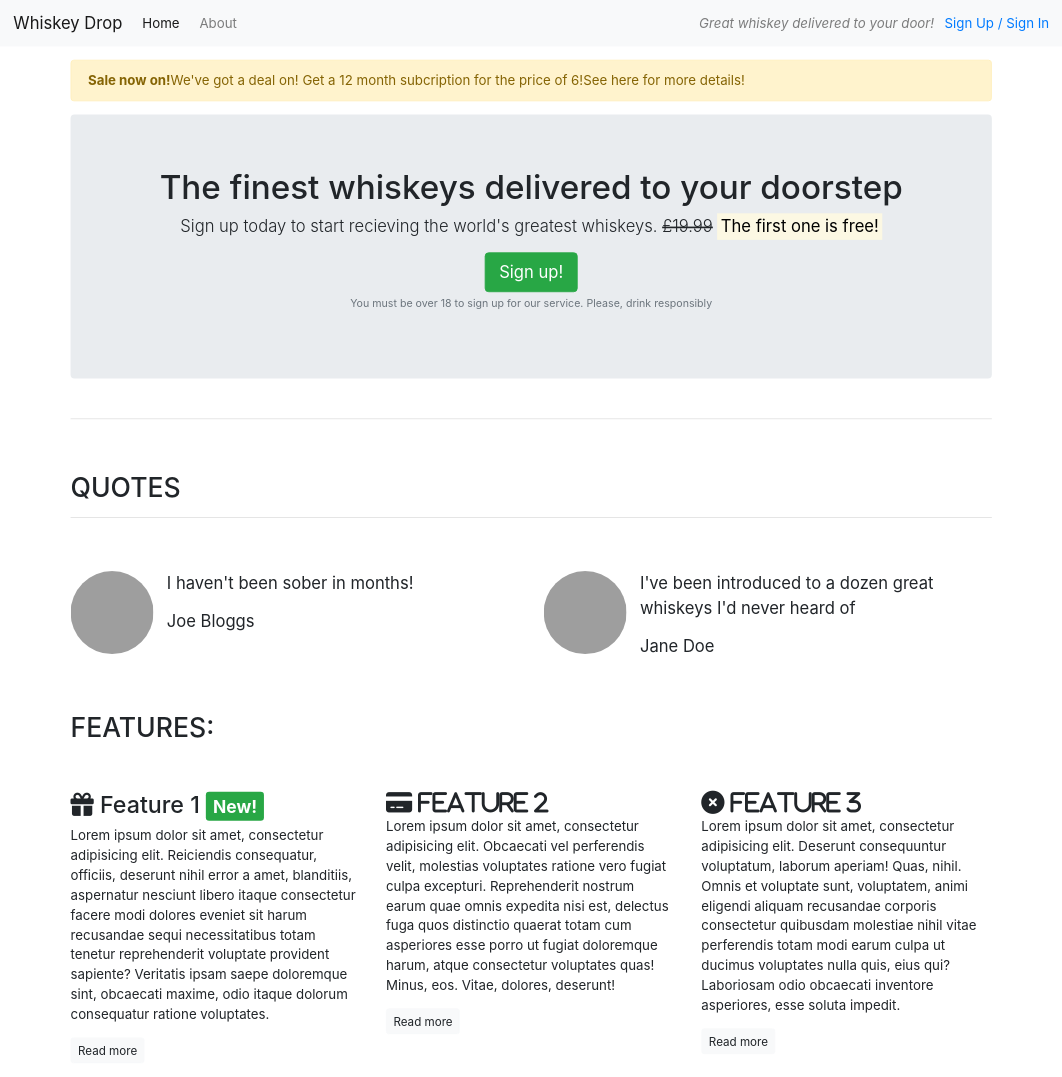
Repository: Matt-F90/Intro-to-bootstrap
Page: index.html
The author's editor kept a record of every edit. The page is drawn from the files as they stood at one moment, then again after the next edit.
The browser window is 1280 px wide. The pictures show the whole page, at 83% of full size.
Pictures or frames that could not be fetched are drawn as grey boxes. Some web libraries are served in a nearby version.

Above is the page before.
Console error: TypeError: Cannot read properties of undefined (reading 'fn')

### index.html
<!DOCTYPE html>
<html lang="en">

<head>
    <meta charset="UTF-8">
    <meta name="viewport" content="width=device-width, initial-scale=1.0">
    <meta http-equiv="X-UA-Compatible" content="ie=edge">
    <title>Whiskey Drop | Taste a new whiskey every month</title>
    <link rel="stylesheet" href="https://stackpath.bootstrapcdn.com/bootstrap/4.1.3/css/bootstrap.min.css" integrity="sha384-MCw98/SFnGE8fJT3GXwEOngsV7Zt27NXFoaoApmYm81iuXoPkFOJwJ8ERdknLPMO" crossorigin="anonymous">
    <script src="https://stackpath.bootstrapcdn.com/bootstrap/4.1.3/js/bootstrap.min.js" integrity="sha384-ChfqqxuZUCnJSK3+MXmPNIyE6ZbWh2IMqE241rYiqJxyMiZ6OW/JmZQ5stwEULTy" crossorigin="anonymous"></script>
    <script src="https://kit.fontawesome.com/f919e2be21.js" crossorigin="anonymous"></script>

    <body>
        <nav class="navbar navbar-light bg-light navbar-expand-sm">
            <a href="/" class="navbar-brand">Whiskey Drop</a>
            <ul class="navbar-nav mr-auto">
                <li class="active nav-item mr-2"><a class="nav-link" href="/">Home</a></li>
                <li class="nav-item mr-2"><a class="nav-link" href="/about">About</a></li>
                <li class="nav-item mr-2 d-block d-sm-none"><a class="nav-link" href="/login">Sign Up / Sign In</a></li>
            </ul>
            <div class="d-none d-md-block">
                <p class="navbar-text my-auto mr-2"><i>Great whiskey delivered to your door!</i></p>
                <a href="/login">Sign Up / Sign In</a>
            </div>
        </nav>
        <article class="container mt-3">
            <div class="row">
                <div class="col-12">
                    <div class="alert alert-warning">
                        <strong>Sale now on!</strong>We've got a deal on! Get a 12 month subcription for the price of 6!<a href"/">See here for more details!</a>
                    </div>
                </div>
            </div>
            <div class="row">
                <div class="col-12">
                    <section class="callout jumbotron text-center">
                        <h1>The finest whiskeys delivered to your doorstep</h1>
                        <p class="lead">Sign up today to start recieving the world's greatest whiskeys.
                            <s class="d-none d-sm-inline">£19.99</s>
                            <span class="d-inline d-sm-none"><br></span>
                            <strong><mark>The first one is free!</mark></strong></p>
                        <button class="btn btn-success btn-lg">Sign up!</button>
                        <p class="text-muted"><small>You must be over 18 to sign up for our service. Please, drink responsibly</small></p>
                    </section>
                </div>
            </div>

            <hr>
            <section class="quotes">
                <div class="row">
                    <div class="col-12 my-5">
                        <h2 class="text-uppercase">Quotes</h2>
                        <hr />
                    </div>
                </div>
                <div class="row">
                    <div class="col-12 col-md-6">
                        <div class="media">
                            <div class="d-none d-sm-block">
                                <img src="images/guy-image.png" class="rounded-circle mr-3" height=100 width=100>
                            </div>
                            <div class="media-body">
                                <blockquote class="blockquote">
                                    <p>I haven't been sober in months!</p>
                                    <p>Joe Bloggs</p>
                                </blockquote>
                            </div>
                        </div>
                    </div>
                    <div class="col-12 col-md-6">
                        <div class="media">
                            <div class="d-none d-sm-block">
                                <img src="images/girl-image.png" class="rounded-circle mr-3" height=100 width=100>
                            </div>
                            <div class="media-body">
                                <blockquote class="blockquote">
                                    <p>I've been introduced to a dozen great whiskeys I'd never heard of</p>
                                    <p>Jane Doe</p>
                                </blockquote>
                            </div>
                        </div>
                    </div>
                </div>
            </section>

            <section class="features">
                <div class="row">
                    <div class="col-12 my-5">
                        <h2 class="text-uppercase">Features:</h2>
                    </div>
                </div>
                <div class="row">
                    <div class="col-12 col-md-6 col-lg-4">
                        <div class="feature">
                            <h3><i class="fas fa-gift d-none d-sm-inline"></i> Feature 1 <span class="badge badge-success d-none d-sm-inline">New!</span></h3>
                            <p>Lorem ipsum dolor sit amet, consectetur adipisicing elit. Reiciendis consequatur, officiis, deserunt nihil error a amet, blanditiis, aspernatur nesciunt libero itaque consectetur facere modi dolores eveniet sit harum recusandae
                                sequi necessitatibus totam tenetur reprehenderit voluptate provident sapiente? Veritatis ipsam saepe doloremque sint, obcaecati maxime, odio itaque dolorum consequatur ratione voluptates.</ipsum50>
                            </p>
                            <p><a class="btn btn-sm btn-light">Read more</a></p>
                        </div>
                    </div>
                    <div class="col-12 col-md-6 col-lg-4">
                        <div class="feature">
                            <h3 <i class="fas fa-credit-card d-none d-sm-inline"></i> Feature 2</h3>
                            <p>Lorem ipsum dolor sit amet, consectetur adipisicing elit. Obcaecati vel perferendis velit, molestias voluptates ratione vero fugiat culpa excepturi. Reprehenderit nostrum earum quae omnis expedita nisi est, delectus fuga quos
                                distinctio quaerat totam cum asperiores esse porro ut fugiat doloremque harum, atque consectetur voluptates quas! Minus, eos. Vitae, dolores, deserunt!</p>
                            <p><a class="btn btn-sm btn-light">Read more</a></p>
                        </div>
                    </div>
                    <div class="col-12 d-md-none d-lg-block col-lg-4">
                        <div class="feature">
                            <h3 <i class="fas fa-times-circle d-none d-sm-inline"></i> Feature 3</h3>
                            <p>Lorem ipsum dolor sit amet, consectetur adipisicing elit. Deserunt consequuntur voluptatum, laborum aperiam! Quas, nihil. Omnis et voluptate sunt, voluptatem, animi eligendi aliquam recusandae corporis consectetur quibusdam
                                molestiae nihil vitae perferendis totam modi earum culpa ut ducimus voluptates nulla quis, eius qui? Laboriosam odio obcaecati inventore asperiores, esse soluta impedit.</p>
                            <p><a class="btn btn-sm btn-light">Read more</a></p>
                        </div>
                    </div>
                </div>
            </section>

        </article>

    </body>

</html>

After the next edit:
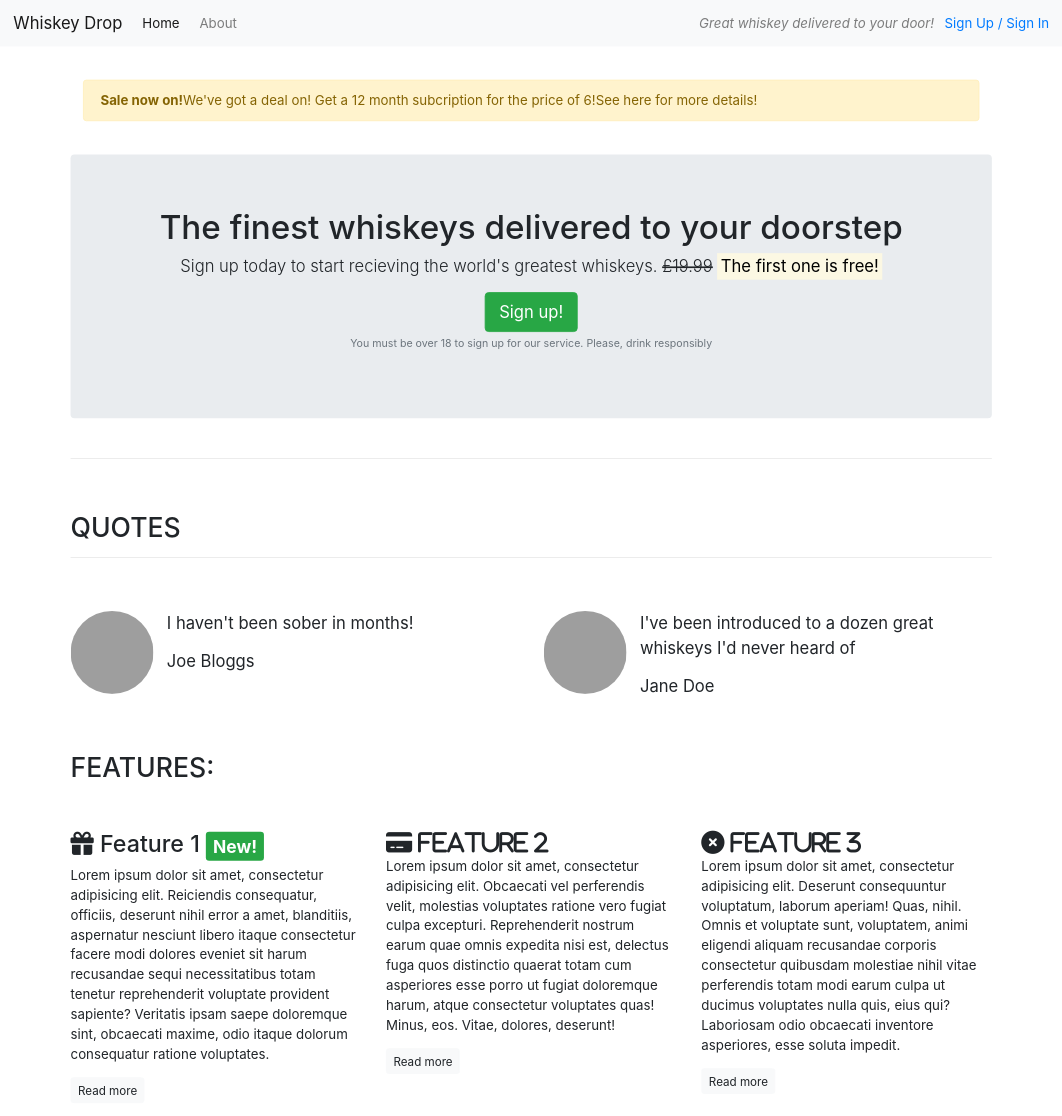
The edit:
--- a/index.html
+++ b/index.html
@@ -24,7 +24,7 @@
             </div>
         </nav>
         <article class="container mt-3">
-            <div class="row">
+            <div class="row d-none d-sm-inline">
                 <div class="col-12">
                     <div class="alert alert-warning">
                         <strong>Sale now on!</strong>We've got a deal on! Get a 12 month subcription for the price of 6!<a href"/">See here for more details!</a>
